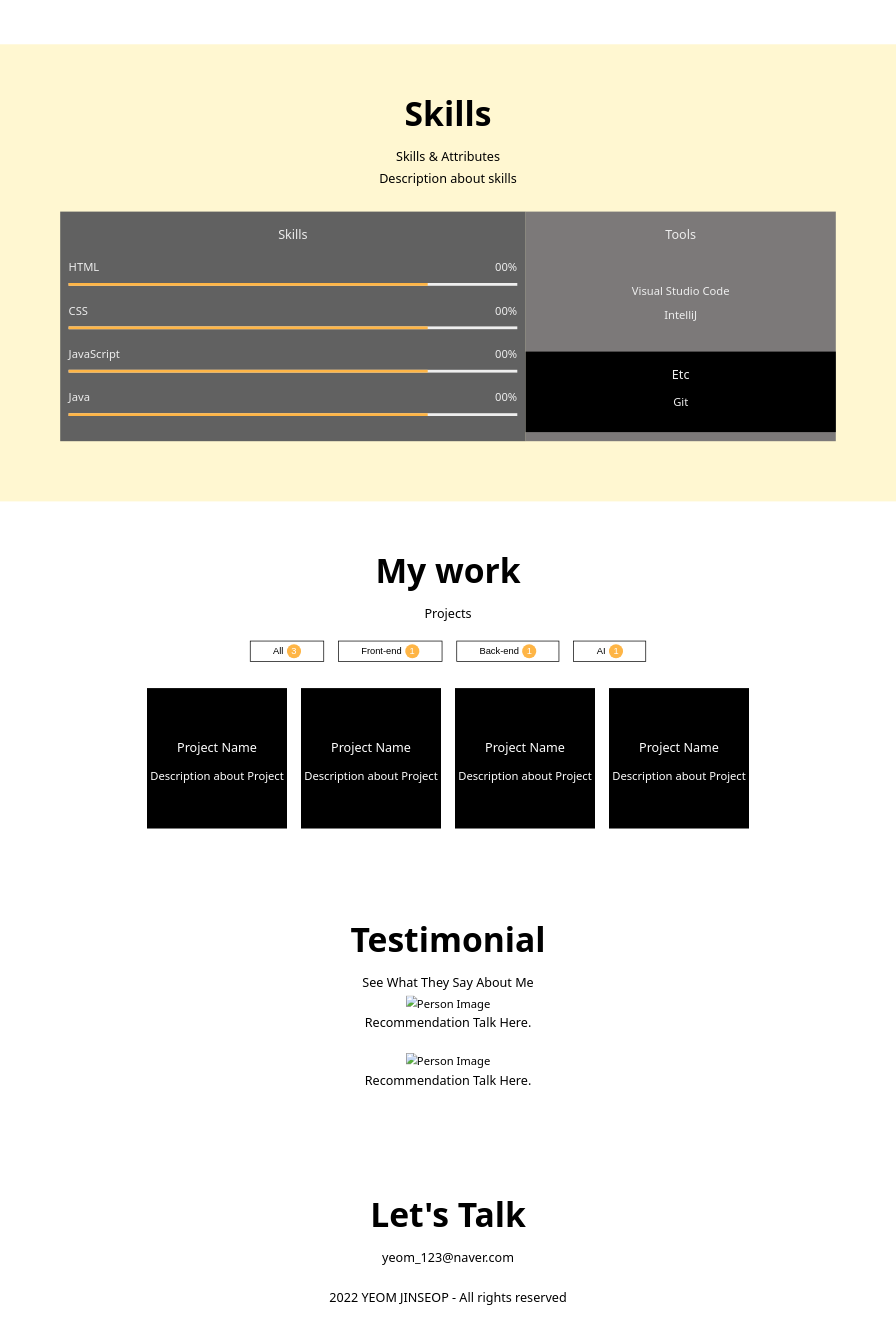
Repository: YEOMJINSEOP/yeomjinseop.github.io
Page: index.html
The author's editor kept a copy of each file at every save. The page is drawn from the files as they stood at one save, then again after a run of saves.
The browser window is 1280 px wide. The pictures show the part of the page from y = 1245 to 3165 px (the page is 3165 px tall), at 70% of full size.
Some web libraries are served in a nearby version.

Above is the page before, as saved 2022-08-14 18:03:56.

After the next 2 saves:
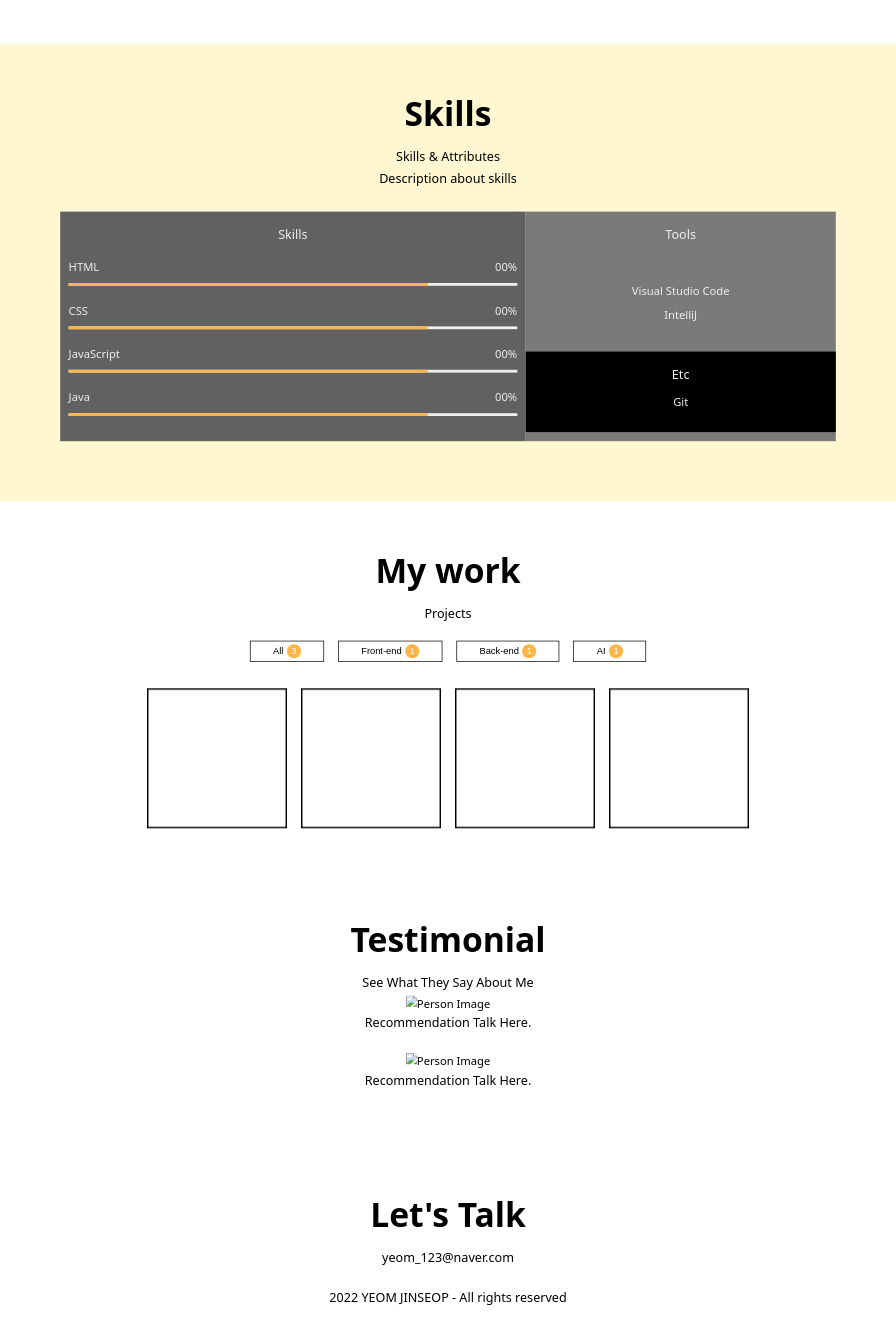
The 2 saves are shown as one change because they came seconds apart.
The last was saved 8 s later.
--- a/style.css
+++ b/style.css
@@ -375,6 +375,7 @@
   display: flex;
   flex-direction: column;
   justify-content: center;
+  opacity: 0;
 }
 
 .project__description h3{
@@ -391,7 +392,6 @@
   margin-top: 8px;
   margin-left: -8px;
   background-color: var(--color-white);
-  opacity: 0;
 }
 
 .project__description:hover{
